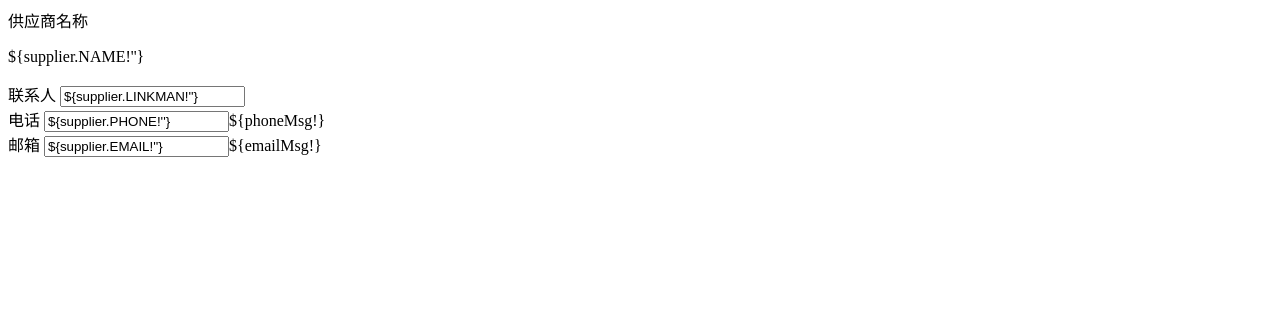
Repository: GaoChengliang/summerTask
Page: Campus_gcl/WebRoot/asset_management/supplier/view.html
The author's editor kept a copy of each file at every save. The page is drawn from the files as they stood at one save, then again after the next save.
The browser window is 1280 px wide. The pictures show the whole page.

Above is the page before, as saved 2015-08-15 00:03:41.

After the next save:
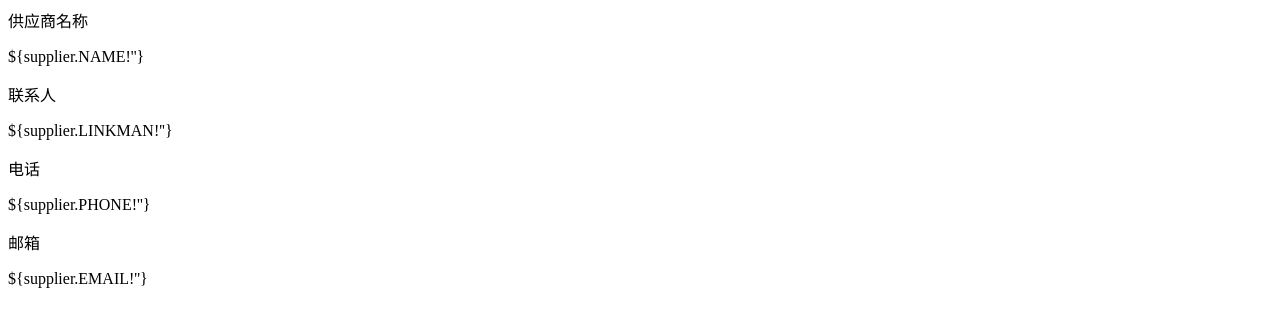
Saved 50 s later.
--- a/Campus_gcl/WebRoot/asset_management/supplier/view.html
+++ b/Campus_gcl/WebRoot/asset_management/supplier/view.html
@@ -5,15 +5,15 @@
 
 <div class="form-group">
   <label>联系人</label>
-   <input placeholder="输入联系人姓名..." class="form-control" type="text" name="supplier.LINKMAN" value="${supplier.LINKMAN!''}"  required ="true" />
+   <p>${supplier.LINKMAN!''}</p>
 </div>
 
 <div class="form-group">
   <label>电话</label>
-   <input placeholder="输入电话..." class="form-control" type="tel" name="supplier.PHONE" value="${supplier.PHONE!''}" />${phoneMsg!}
+   <p>${supplier.PHONE!''}</p>
 </div>
 
 <div class="form-group">
   <label>邮箱</label>
-    <input placeholder="输入邮箱..." class="form-control" type="text" name="supplier.EMAIL" value="${supplier.EMAIL!''}"/>${emailMsg!}
+   <p>${supplier.EMAIL!''}</p>
 </div>
